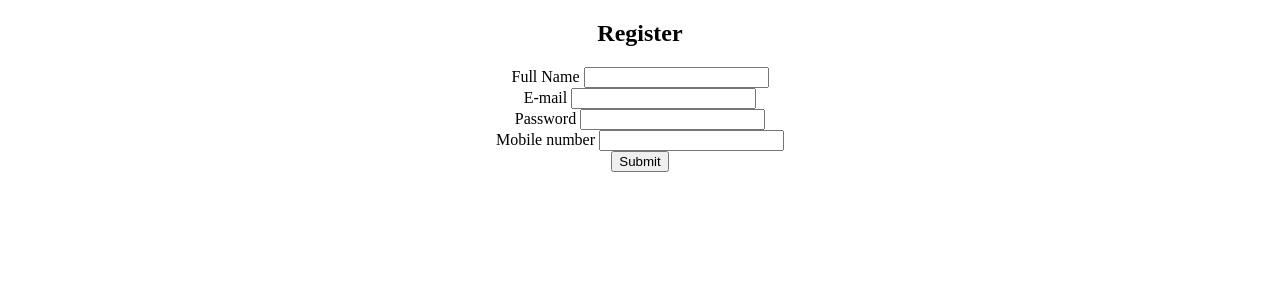
Repository: adiganaveen/Servlets
Page: LoginRegistrationApp/WebContent/registration.html
These files come from the project's save history. The page is drawn as it stood at one moment and after the next save; the edit follows.
The browser window is 1280 px wide. The pictures show the whole page.

Above is the page before, as saved 2019-01-22 09:43:24.

### LoginRegistrationApp/WebContent/registration.html
<!DOCTYPE html>
<html>
<head>
<meta charset="UTF-8">
<title>Registration</title>
</head>
<body>
	<form action="registration" method="post">
		<h2>
			<center>Register</center>
		</h2>
		<div align="center">
			<div>
				<label>Full Name</label> <input type="text" name="name" required>
			</div>
			<div>
				<label>E-mail</label> <input type="text" name="email" required>
			</div>
			<div>
				<label>Password</label> <input type="password" name="password"
					required>
			</div>
			<div>
				<label>Mobile number</label> <input type="text" name="number"
					required>
			</div>
			<div>
				<input type="submit">
			</div>
		</div>
	</form>
</body>
</html>

After the next save:
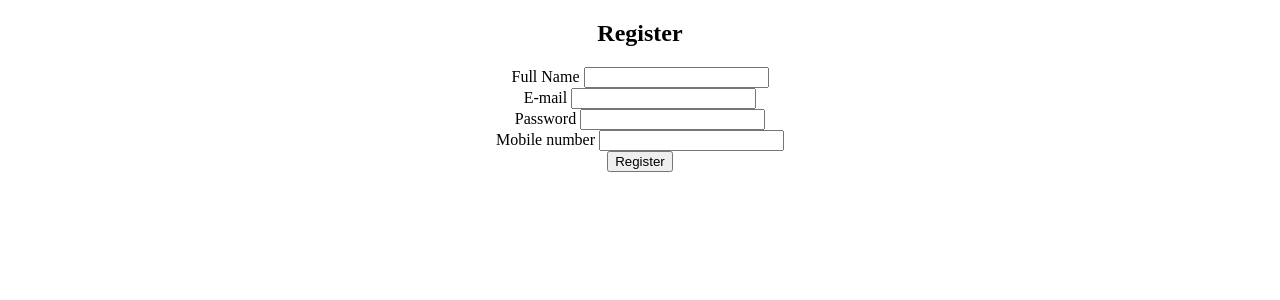
Saved 50 s later.
--- a/LoginRegistrationApp/WebContent/registration.html
+++ b/LoginRegistrationApp/WebContent/registration.html
@@ -25,7 +25,7 @@
 					required>
 			</div>
 			<div>
-				<input type="submit">
+				<button type="submit" name="submit">Register</button>
 			</div>
 		</div>
 	</form>
